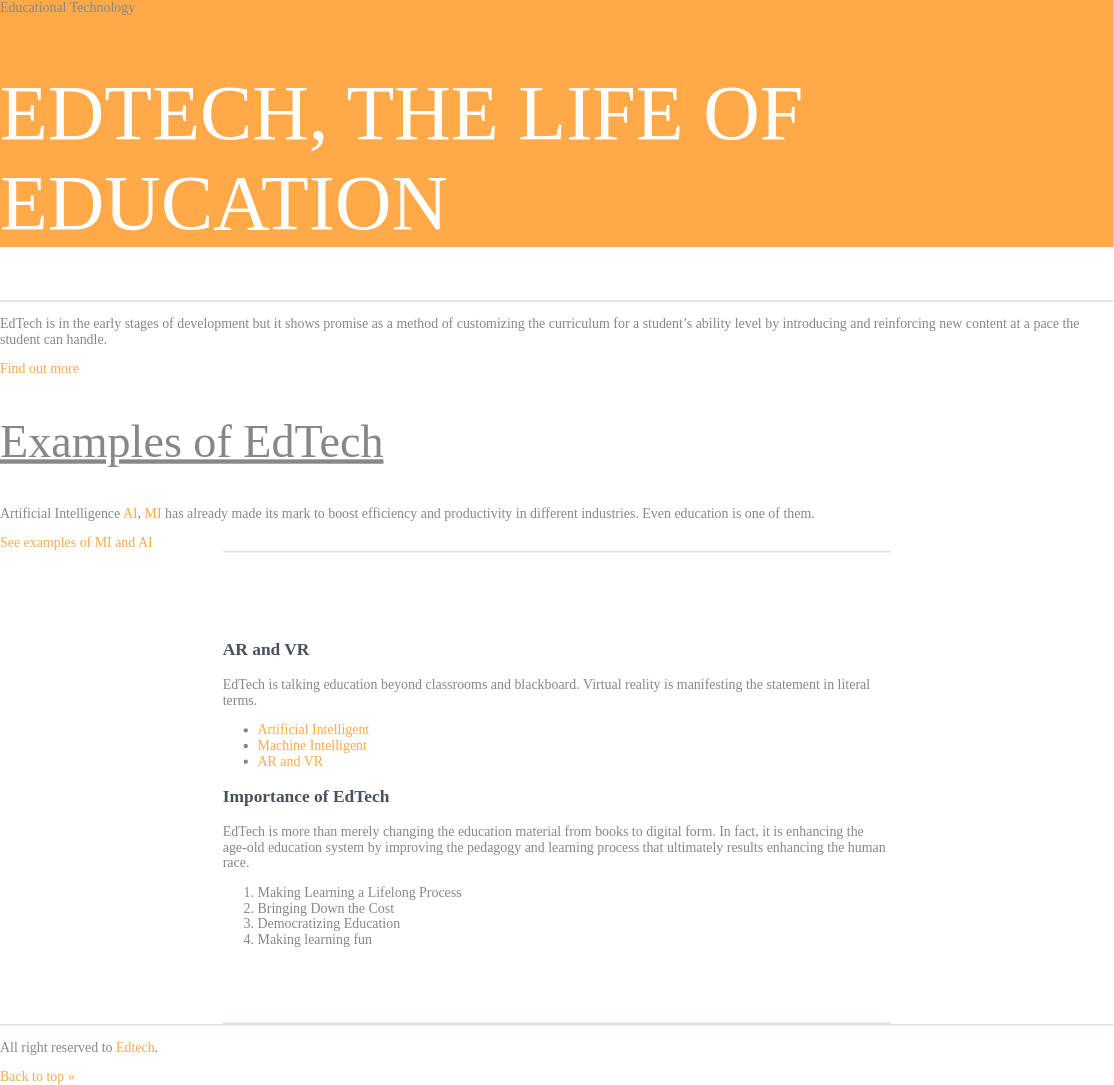
Repository: tunmishyi/edtech
Page: index.html
The author's editor kept a copy of each file at every save. The page is drawn from the files as they stood at one save, then again after the next save.
The browser window is 1280 px wide. The pictures show the whole page, at 87% of full size.

Above is the page before, as saved 2020-06-12 00:52:04.

After the next save:
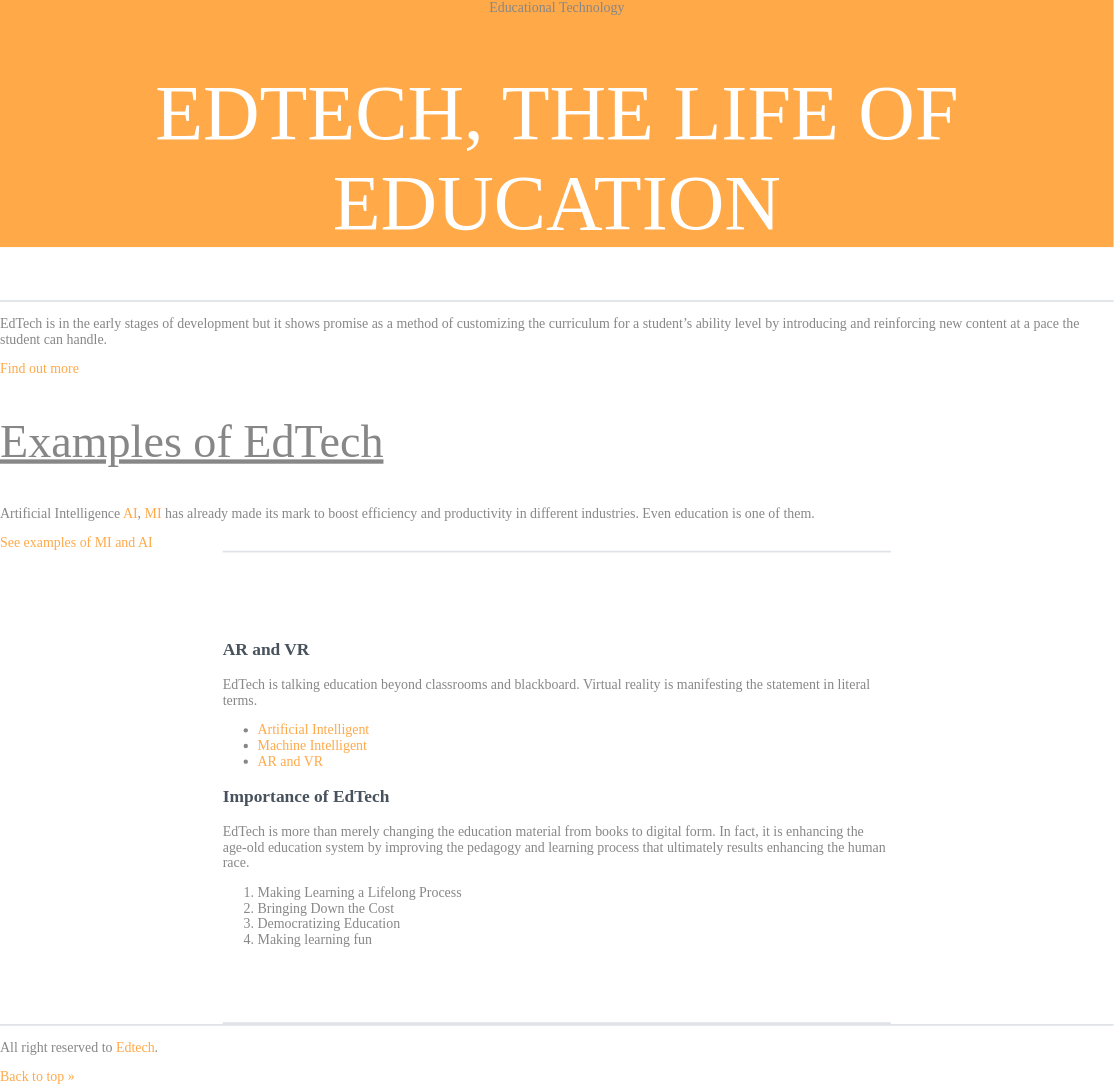
Saved 52 s later.
--- a/style.css
+++ b/style.css
@@ -58,6 +58,12 @@ h1 {
         font-size: 1.625rem; /* 26px/16px  */
     }
 
+    .primary-content,
+    .main-header,
+    .main-footer {
+        text-align: center;
+    }
+
     .primary-content {
         padding-top: 25px;
         padding-bottom: 95px;
